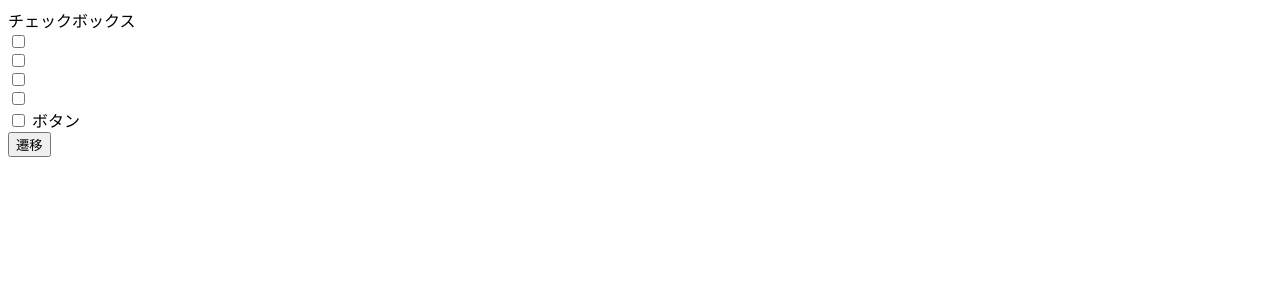
Repository: nathox/backup
Page: http://localhost/Aaaa/a.jsp
An editor plug-in stored every save of this project. The page is shown before and after the next save, followed by the edit.
The browser window is 1280 px wide. The pictures show the whole page.
The page is served by Tomcat 9. Other server files are loaded and not shown.

Above is the page before, as saved 2018-02-05 02:11:03.

### Aaaa/WebContent/a.jsp
<%@ page language="java" contentType="text/html; charset=UTF-8"
    pageEncoding="UTF-8"%>
<!DOCTYPE html PUBLIC "-//W3C//DTD HTML 4.01 Transitional//EN" "http://www.w3.org/TR/html4/loose.dtd">
<html>
<head>
<meta http-equiv="Content-Type" content="text/html; charset=UTF-8">
<title>Insert title here</title>
</head>
<body>

<form name="frmMove">
<script language=javascript>
function obakasannemou(){
objChk = frmMove.chkMove //チェックボックスオブジェクトを参照
str = ""; //チェック内容を代入する変数
for(i = 0 ; i < objChk.length;i++){
if(objChk[i].checked) str += objChk[i].value
}
switch(str){
case "1":
location.href="a.html";
break;
case "2":
location.href="b.html";
break;
case "125":
location.href="c.html";
break;
}
}
</script>
チェックボックス
<br>
<input type="checkbox" value="1" name="chkMove">
<br><input type="checkbox" value="2" name="chkMove">
<br><input type="checkbox" value="3" name="chkMove">
<br><input type="checkbox" value="4" name="chkMove">
<br><input type="checkbox" value="5" name="chkMove">
ボタン
<br><input type="button" value="遷移" onclick="obakasannemou()">
</form>





</body>
</html>

After the next save:
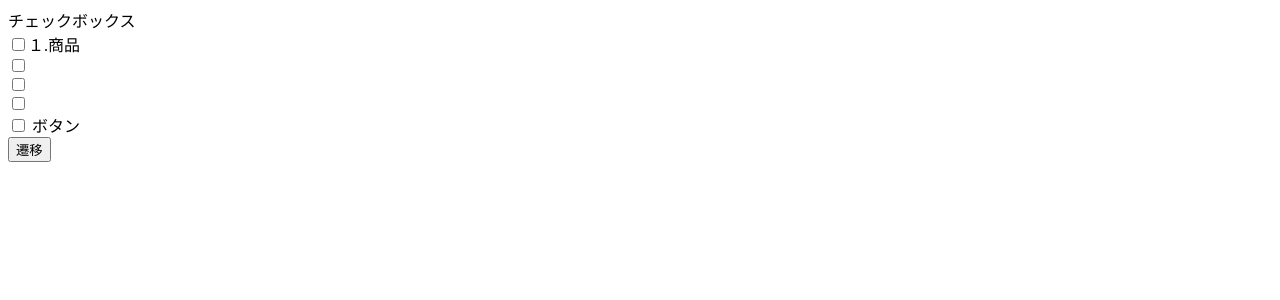
Saved 11 min 19 s later.
--- a/Aaaa/WebContent/a.jsp
+++ b/Aaaa/WebContent/a.jsp
@@ -31,7 +31,7 @@
 </script>
 チェックボックス
 <br>
-<input type="checkbox" value="1" name="chkMove">
+<input type="checkbox" value="1" name="chkMove">１.商品
 <br><input type="checkbox" value="2" name="chkMove">
 <br><input type="checkbox" value="3" name="chkMove">
 <br><input type="checkbox" value="4" name="chkMove">
